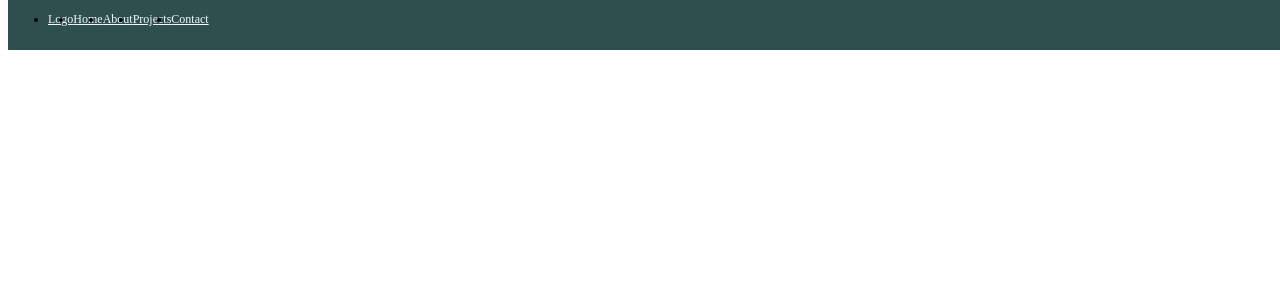
Repository: congle98/CSS_LayoutRWDCoBan
Page: index.html
These files come from the project's save history. The page is drawn as it stood at one moment and after a run of saves; the edit follows.
The browser window is 1280 px wide. The pictures show the whole page.

Above is the page before, as saved 2021-05-26 16:00:57.

### index.html
<!DOCTYPE html>
<html lang="en">
<head>
    <meta charset="UTF-8">
    <meta http-equiv="X-UA-Compatible" content="IE=edge">
    <meta name="viewport" content="width=device-width, initial-scale=1.0">
    <title>Document</title>
    <style>
        body{
            font-family:'Times New Roman', Times, serif;
            font-size: 12px;
        }
        .header{
            position: fixed;
            top: 0;
            background-color: darkslategray;
            width: 100%;
            height: 50px;

        }
        .header__nav-item{
            position:relative;
            float: left;
        }
        .header__nav-item a{
            color: aliceblue;
        }
    </style>
</head>
<body>
    <div class="app">
        <header class="header">
            <div class="header__nav-list">
                 <ul>
                <li class="header__nav-item"><a href="">Logo</a></li>
                <li class="header__nav-item"><a href="">Home</a></li>
                <li class="header__nav-item"><a href="">About</a></li>
                <li class="header__nav-item"><a href="">Projects</a></li>
                <li class="header__nav-item"><a href="">Contact</a></li>
            </ul>
            </div>
        </header>

    </div>
</body>
</html>

After the next 4 saves:
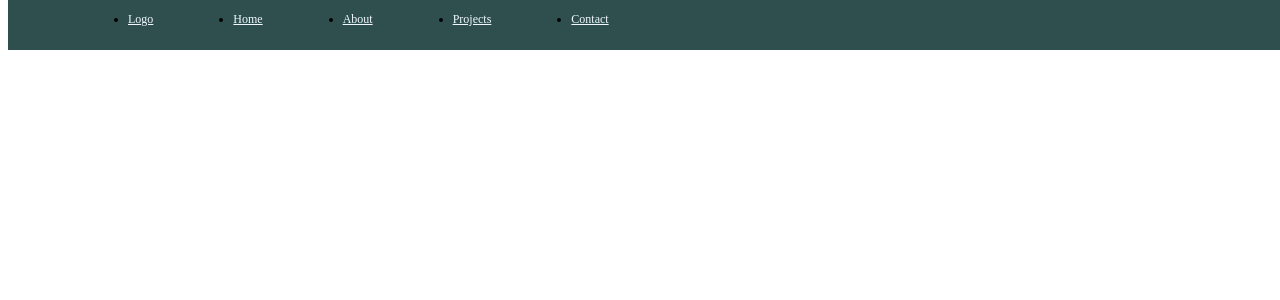
The 4 saves are shown as one change because they came seconds apart.
The last was saved 14 s later.
--- a/index.html
+++ b/index.html
@@ -21,6 +21,7 @@
         .header__nav-item{
             position:relative;
             float: left;
+            margin-left: 80px;
         }
         .header__nav-item a{
             color: aliceblue;

After the save that followed:
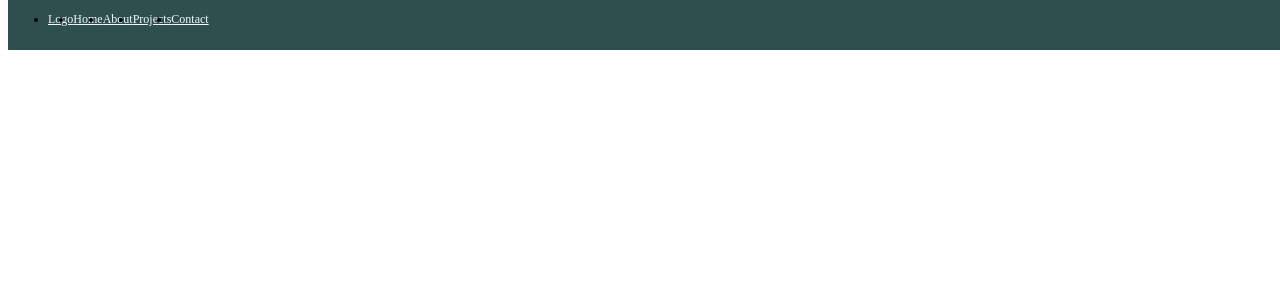
Saved 16 s later.
--- a/index.html
+++ b/index.html
@@ -21,7 +21,7 @@
         .header__nav-item{
             position:relative;
             float: left;
-            margin-left: 80px;
+            margin-R: 80px;
         }
         .header__nav-item a{
             color: aliceblue;
